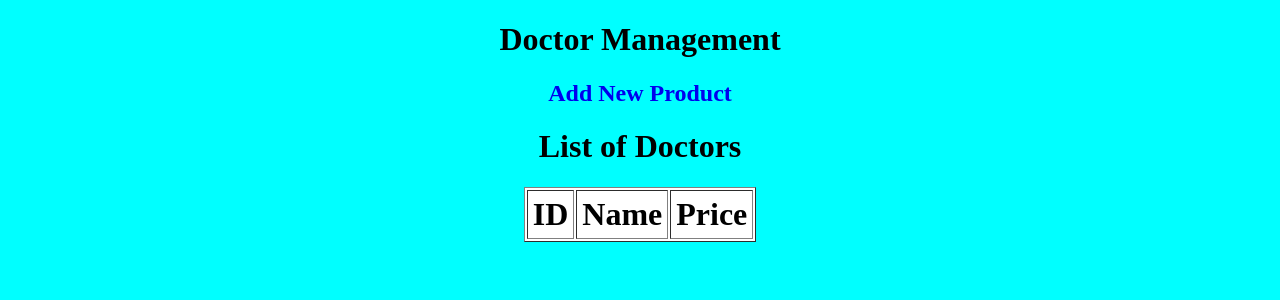
Repository: pawankas/Java_Personal
Page: http://localhost/ProductManagement/Index.jsp
These files come from the project's save history. The page is drawn as it stood at one moment and after the next save; the edit follows.
The browser window is 1280 px wide. The pictures show the whole page.
The page is served by Tomcat 9. Nobody is signed in. The application's start-up code is not run. Queries for data that is not in the repository find no rows.

Above is the page before, as saved 2022-03-09 05:41:05.

After the next save:
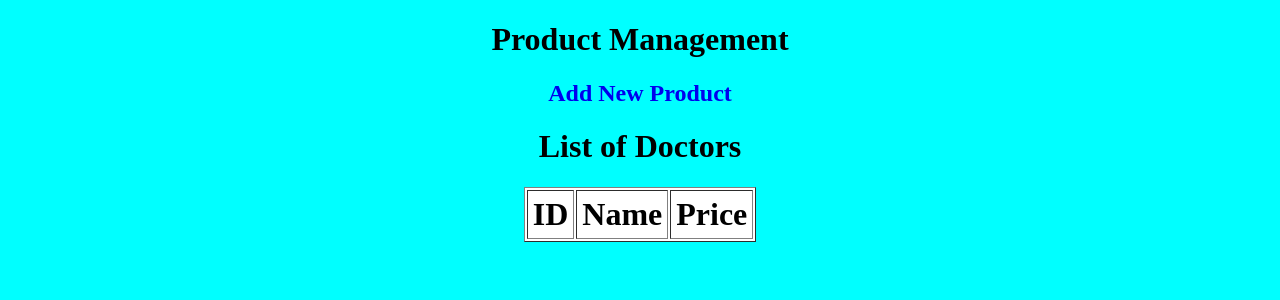
Saved 21 min 18 s later.
--- a/ProductManagement/WebContent/Index.jsp
+++ b/ProductManagement/WebContent/Index.jsp
@@ -19,7 +19,7 @@ a {
 </style>
 <body bgcolor="#00FFFF">
   <form action="">
-    <h1 align="center">Doctor Management</h1>
+    <h1 align="center">Product Management</h1>
     <h2 align="center">
       <a href="addProduct.jsp">Add New Product</a><br>
     </h2>
